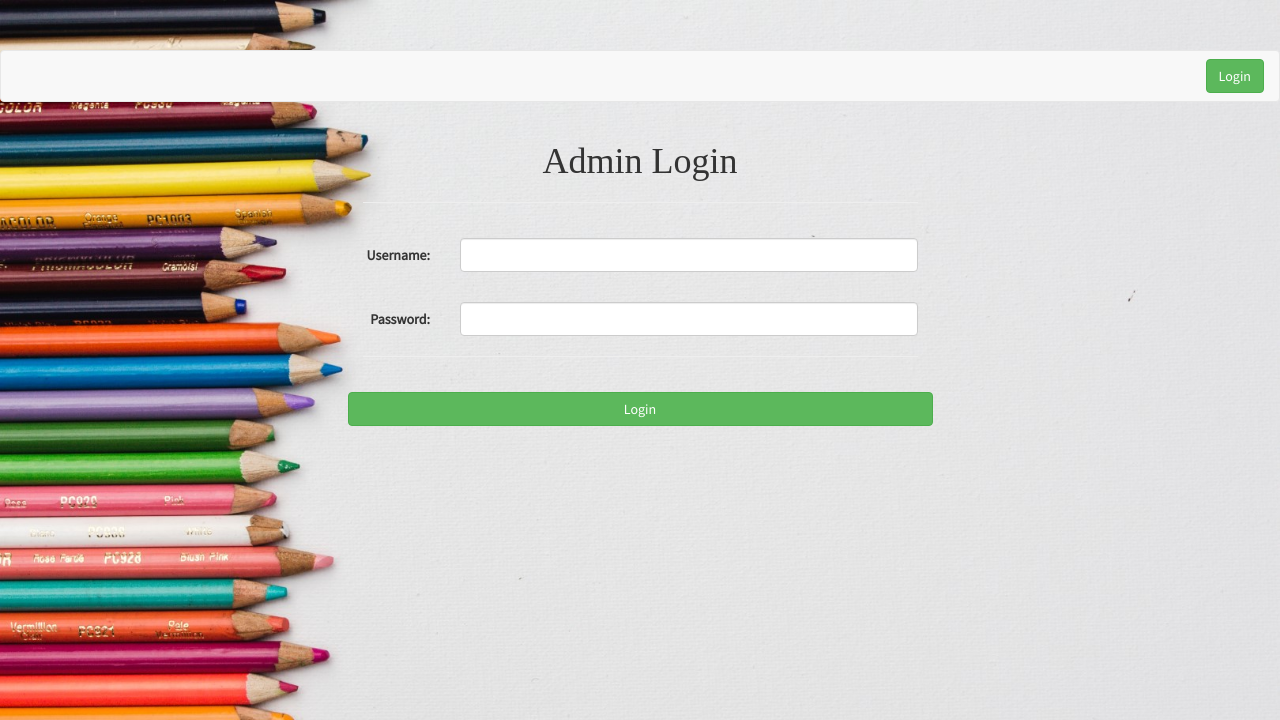
Repository: maliking/making
Page: http://localhost/hw/hw5/loginPage.php
The author's editor kept a record of every edit. The page is drawn from the files as they stood at one moment, then again after the next edit.
The browser window is 1280 px wide. The pictures show the whole page.
Some web fonts or font styles are not loaded; a fallback is used. The page is run by PHP 8.4 with error messages shown; the project is at /var/www/html/.

Above is the page before.

### hw/hw5/loginPage.php
<!DOCTYPE html>
<html>
    <head>
        <title> HW 5 | Login </title>
        <meta charset="utf-8" />
        <script src="../../bootstrap/js/jquery.min.js"></script>
        <link rel="stylesheet" href="../../bootstrap/css/bootstrap.min.css">
        <script src="../../bootstrap/js/bootstrap.min.js"></script>
        <link rel="stylesheet" href="https://cdnjs.cloudflare.com/ajax/libs/font-awesome/4.7.0/css/font-awesome.min.css" />
        <link href="https://fonts.googleapis.com/css?family=Coustard|Source+Sans+Pro" rel="stylesheet">
        <link href="css/styles.css" rel="stylesheet" type="text/css" />
    </head>
    <body>
        <nav class="navbar navbar-default">
            <div class="container-fluid">
                <div class="navbar-header navbar-right">
                        <?php
                            if(isset($_SESSION['username']) && !empty($_SESSION['username'])) {
                                echo "<p class=\"navbar-text\">Signed in as " . $_SESSION[adminFullName] . "</p>";
                                echo "<a class=\"btn btn-default navbar-btn\" href=\"logout.php\">Logout</a>";
                            } else {
                                echo "<a class=\"btn btn-success navbar-btn\" href=\"index.php\">Login</a>";
                            }
                        ?>
                </div>
            </div>
        </nav>
        <div class="container">
            <div class="row">
                <div class="col-xs-6 col-xs-offset-3 text-center">
                <h1>Admin Login</h1>
                <hr>
                <form class="form-horizontal" method="POST" action="login.php">
                    <div class="form-group">
                        <label class="control-label col-xs-2" for="password">Username: </label>
                        <div class="col-xs-10">
                            <input class="form-control" type="text" name="username">
                        </div>
                    </div>
                    <div class="form-group">
                        <label class="control-label col-xs-2" for="password">Password: </label>
                        <div class="col-xs-10">
                            <input class="form-control" type="password" name="password">
                        </div>
                    </div>
                    <hr>
                    <div class="form-group">
                        <input class="btn btn-success btn-block" type="submit" name="loginForm" value="Login">
                    </div>
                </form>
                </div>
            </div>
        </div>
    </body>
</html>

### hw/hw5/css/styles.css
.form-group {
    padding-top: 15px;
}

body {
    background-image: url('../img/back.jpg');
    background-size: cover;
    background-repeat: no-repeat;
    padding-top: 50px;
    padding-bottom: 100px;
    font-family: 'Source Sans Pro', sans-serif;
}

h1 {
    text-align: center;
    font-family: 'Coustard', serif;
}

#congrats {
    font-size: 1.4em;
    font-weight: bold;
    text-align: center;
    color: #6dc717;
    -webkit-animation: mymove 5s infinite; /* Chrome, Safari, Opera */
    animation: mymove 5s infinite;
}

#points {
    font-size: 1.3em;
    font-weight: bold;
    display: inline;
}

#avg {
    font-size: 1.3em;
    font-weight: bold;
    display: inline;
}

#score {
    font-size: 1.3em;
    font-weight: bold;
    display: inline;
}

#score {
    display: inline;
}

/* Chrome, Safari, Opera */
@-webkit-keyframes mymove {
    50% {color: #00b3e3;}
}

/* Standard syntax */
@keyframes mymove {
    50% {color: #00b3e3;}
}

Loaded but not shown: bootstrap/js/jquery.min.js (library); bootstrap/css/bootstrap.min.css (library); bootstrap/js/bootstrap.min.js (library)

After the next edit:
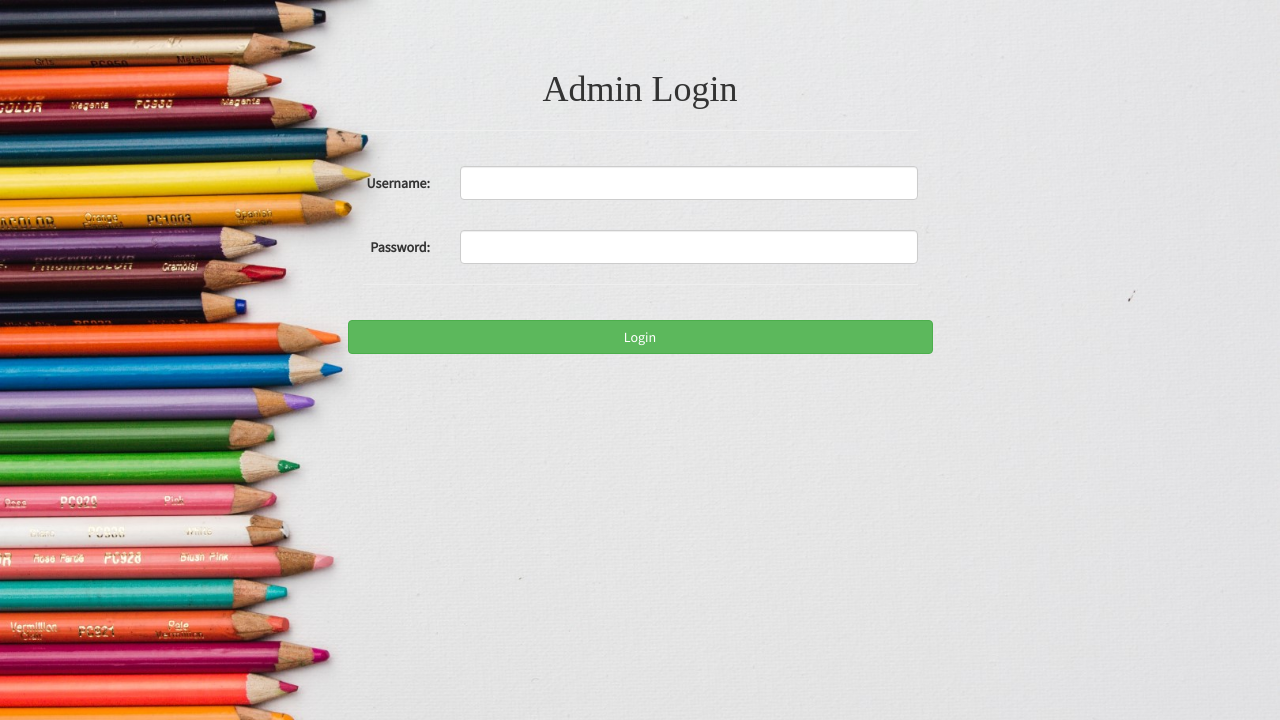
The edit:
--- a/hw/hw5/loginPage.php
+++ b/hw/hw5/loginPage.php
@@ -11,20 +11,6 @@
         <link href="css/styles.css" rel="stylesheet" type="text/css" />
     </head>
     <body>
-        <nav class="navbar navbar-default">
-            <div class="container-fluid">
-                <div class="navbar-header navbar-right">
-                        <?php
-                            if(isset($_SESSION['username']) && !empty($_SESSION['username'])) {
-                                echo "<p class=\"navbar-text\">Signed in as " . $_SESSION[adminFullName] . "</p>";
-                                echo "<a class=\"btn btn-default navbar-btn\" href=\"logout.php\">Logout</a>";
-                            } else {
-                                echo "<a class=\"btn btn-success navbar-btn\" href=\"index.php\">Login</a>";
-                            }
-                        ?>
-                </div>
-            </div>
-        </nav>
         <div class="container">
             <div class="row">
                 <div class="col-xs-6 col-xs-offset-3 text-center">
